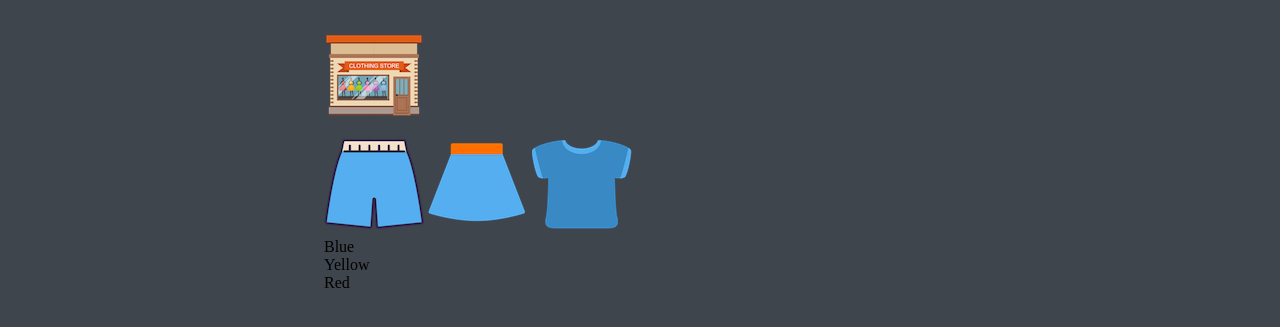
Repository: Jay-JYKim91/elle-shopping-mall
Page: index.html
An editor plug-in stored every save of this project. The page is shown before and after the next save, followed by the edit.
The browser window is 1280 px wide. The pictures show the whole page.

Above is the page before, as saved 2021-07-26 19:25:09.

After the next save:
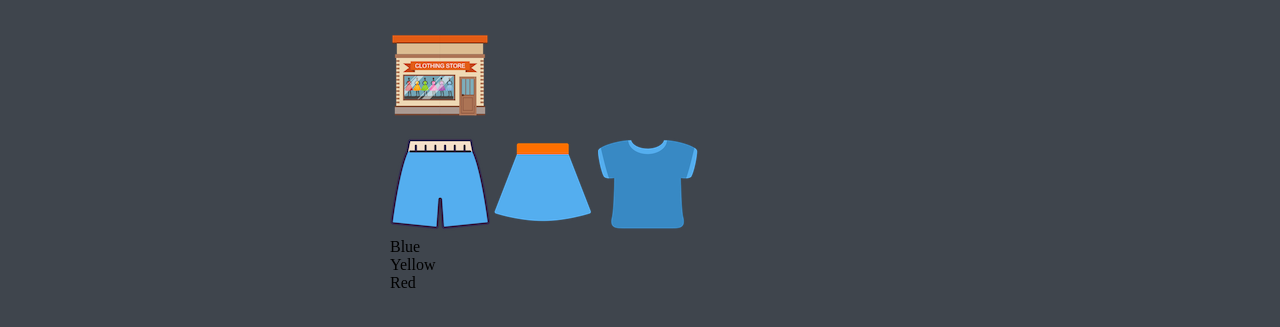
Saved 20 s later.
--- a/style.css
+++ b/style.css
@@ -15,7 +15,7 @@ body {
   background-color: var(--color-black);
 }
 .container {
-  width: 50%;
+  width: 500px;
   height: 80%;
   margin: 30px auto;
 }
